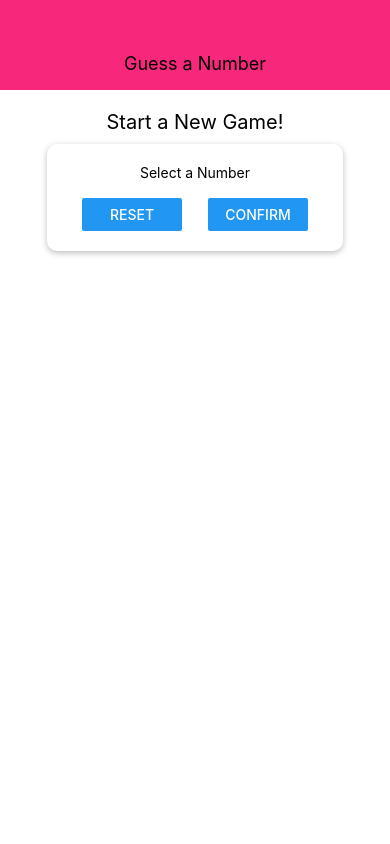
Repository: jes-wd/rn-num-guess
Screen: /
These files come from the project's save history. The screen is drawn as it stood at one moment and after the next save; the edit follows.
The app was drawn by React Native's web renderer in a window 390 px wide. The project was rebuilt for these pictures with package versions that can differ from the ones it lists, and the page was loaded fresh each time.

Above is the screen before, as saved 2020-03-21 22:19:04.

After the next save:
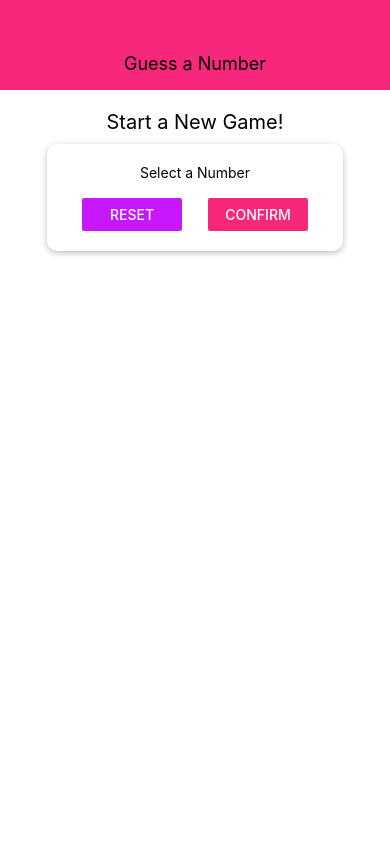
Saved 115 s later.
--- a/screens/StartGameScreen.js
+++ b/screens/StartGameScreen.js
@@ -11,8 +11,12 @@ const StartGameScreen = props => {
         <Text>Select a Number</Text>
         <TextInput />
         <View style={styles.buttonContainer}>
-          <View style={styles.button}><Button title="Reset" onPress={() => {}} /></View>
-          <View style={styles.button}><Button title="Confirm" onPress={() => {}} /></View>
+          <View style={styles.button}>
+            <Button title="Reset" onPress={() => {}} color="#c717fc" />
+          </View>
+          <View style={styles.button}>
+            <Button title="Confirm" onPress={() => {}} color="#f7287b" />
+          </View>
         </View>
       </Card>
     </View>
